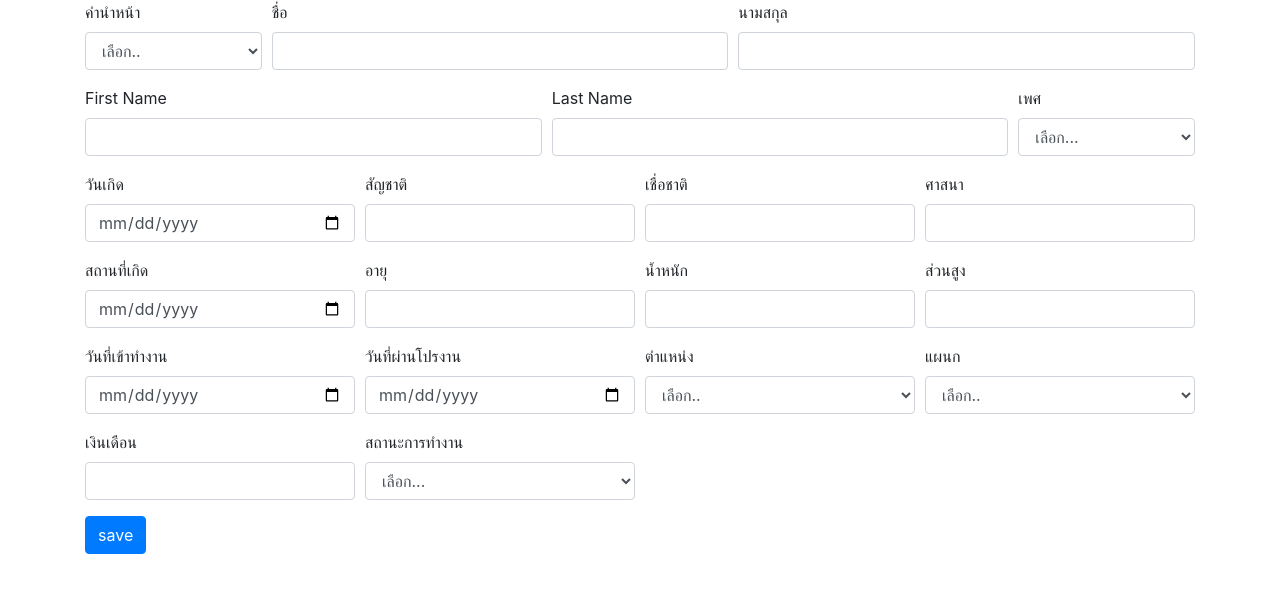
Repository: p2job/javawebapp
Page: http://localhost/demojsp/insert.jsp
An editor plug-in stored every save of this project. The page is shown before and after the next save, followed by the edit.
The browser window is 1280 px wide. The pictures show the whole page.
The page is served by Tomcat 9. Queries for data that is not in the repository find no rows.

Above is the page before, as saved 2020-07-31 07:19:30.

### demojsp/WebContent/insert.jsp
<%@page contentType="text/html" pageEncoding="UTF-8"%>
<%@ page import="java.sql.*"  %>
<!DOCTYPE html>
<html>

<head>
    <meta http-equiv="Content-Type" content="text/html; charset=UTF-8">
    <meta name="viewport" content="width=device-width, initial-scale=1, shrink-to-fit=no">
    <link rel="stylesheet" href="https://stackpath.bootstrapcdn.com/bootstrap/4.5.0/css/bootstrap.min.css" integrity="sha384-9aIt2nRpC12Uk9gS9baDl411NQApFmC26EwAOH8WgZl5MYYxFfc+NcPb1dKGj7Sk" crossorigin="anonymous">
    <title>Insert Employee</title>
</head>

<body>
    <div class="container">
        <form action="insert.jsp" method="post">
            <div class="form-row">
                <div class="form-group col-md-2">
                    <label for="inputName_Prefix">คำนำหน้า</label>
                    <select id="Name_Prefix" class="form-control" name="Name_Prefix">
                        <option selected>เลือก..</option>
                        <option value="นาย">นาย</option>
                        <option value="นาง">นาง</option>
                        <option value="นางสาว">นางสาว</option>
                    </select>
                </div>
                <div class="form-group col-md-5">
                    <label for="inputFirst_Name">ชื่อ</label>
                    <input type="text" class="form-control" id="First_Name" name="First_Name">
                </div>
                <div class="form-group col-md-5">
                    <label for="inputLast_Name">นามสกุล</label>
                    <input type="text" class="form-control" id="Last_Name" name="Last_Name">
                </div>
            </div>
            <div class="form-row">
                <div class="form-group col-md-5">
                    <label for="inputFirst_Name_Eng">First Name</label>
                    <input type="text" class="form-control" id="First_Name_Eng" name="First_Name_Eng">
                </div>
                <div class="form-group col-md-5">
                    <label for="inputLast_Name_Eng">Last Name</label>
                    <input type="text" class="form-control" id="Last_Name_Eng" name="Last_Name_Eng">
                </div>
                <div class="form-group col-md-2">
                    <label for="inputSex">เพศ</label>
                    <select id="Sex" class="form-control" name="Sex">
                        <option selected>เลือก...</option>
                        <option value="M">ชาย</option>
                        <option value="F">หญิง</option>
                    </select>
                </div>
            </div>
            <div class="form-row">
                <div class="form-group col-md-3">
                    <label for="inputBirth_Date">วันเกิด</label>
                    <input type="date" class="form-control" id="Birth_Date" name="Birth_Date">
                </div>
                <div class="form-group col-md-3">
                    <label for="inputPhone_Number">สัญชาติ</label>
                    <input type="text" class="form-control" id="Phone_Number" name="Phone_Number">
                </div>
                <div class="form-group col-md-3">
                    <label for="inputPhone_Number">เชื่อชาติ</label>
                    <input type="text" class="form-control" id="Phone_Number" name="Phone_Number">
                </div>
                <div class="form-group col-md-3">
                    <label for="inputPhone_Number">ศาสนา</label>
                    <input type="text" class="form-control" id="Phone_Number" name="Phone_Number">
                </div>
            </div>
            <div class="form-row">
                <div class="form-group col-md-3">
                    <label for="inputBirth_Date">สถานที่เกิด</label>
                    <input type="date" class="form-control" id="Birth_Date" name="Birth_Date">
                </div>
                <div class="form-group col-md-3">
                    <label for="inputPhone_Number">อายุ</label>
                    <input type="text" class="form-control" id="Phone_Number" name="Phone_Number">
                </div>
                <div class="form-group col-md-3">
                    <label for="inputPhone_Number">น้ำหนัก</label>
                    <input type="text" class="form-control" id="Phone_Number" name="Phone_Number">
                </div>
                <div class="form-group col-md-3">
                    <label for="inputPhone_Number">ส่วนสูง</label>
                    <input type="text" class="form-control" id="Phone_Number" name="Phone_Number">
                </div>
            </div>
            <div class="form-row">
                <div class="form-group col-md-3">
                    <label for="inputHire_Date">วันที่เข้าทำงาน</label>
                    <input type="date" class="form-control" id="Hire_Date" name="Hire_Date">
                </div>
                <div class="form-group col-md-3">
                    <label for="inputProbation_Date">วันที่ผ่านโปรงาน</label>
                    <input type="date" class="form-control" id="Probation_Date" name="Probation_Date">
                </div>
                <div class="form-group col-md-3">
                <%
	Connection connect = null;
	ResultSet rec = null;
	Statement s= null;

	try {
		Class.forName("com.mysql.jdbc.Driver");
		connect =  DriverManager.getConnection("jdbc:mysql://localhost/employee" +
				"?user=root&password=");
		s = connect.createStatement();
		String sql="SELECT * FROM position";
		rec=s.executeQuery(sql);


	} catch (Exception e) {
		// TODO Auto-generated catch block
		out.println(e.getMessage());
		e.printStackTrace();
	}

	%>
                    <label for="inputPosition_ID">ตำแหน่ง</label>
                    <select id="Position_ID" class="form-control" name="Position_ID">
                        <option selected>เลือก..</option>
                        <% while((rec!=null)&&(rec.next())) {%>
                        <option value="<%= rec.getString("Position_ID") %>"><%= rec.getString("Position_Name") %></option>
                         <% } %>
                    </select>
                </div>
                <%
	try {
		Class.forName("com.mysql.jdbc.Driver");
		connect =  DriverManager.getConnection("jdbc:mysql://localhost/employee" +
				"?user=root&password=");
		s = connect.createStatement();
		String sql="SELECT * FROM department";
		rec=s.executeQuery(sql);


	} catch (Exception e) {
		// TODO Auto-generated catch block
		out.println(e.getMessage());
		e.printStackTrace();
	}

	%>
                <div class="form-group col-md-3">
                    <label for="inputDepartment_ID">แผนก</label>
                    <select id="Department_ID" class="form-control" name="Department_ID">
                        <option selected>เลือก..</option>
                        <% while((rec!=null)&&(rec.next())) {%>
                        <option value="<%= rec.getString("Department_ID") %>"><%= rec.getString("Department_Name") %></option>
                         <% } %>
                    </select>
                </div>
            </div>
            <div class="form-row">
                <div class="form-group col-md-3">
                    <label for="inputSalary">เงินเดือน</label>
                    <input type="text" class="form-control" id="Salary" name="Salary">
                </div>
                <div class="form-group col-md-3">
                    <label for="inputStatus">สถานะการทำงาน</label>
                    <select id="Status" class="form-control" name="Status">
                        <option selected>เลือก...</option>
                        <option value="2">ทำงานอยู่</option>
                        <option value="1">พักงาน</option>
                        <option value="0">ลาออก</option>
                    </select>
                </div>
            </div>
            <button type="submit" class="btn btn-primary">save</button>
        </form>
    </div>


    <script src="https://code.jquery.com/jquery-3.5.1.slim.min.js" integrity="sha384-DfXdz2htPH0lsSSs5nCTpuj/zy4C+OGpamoFVy38MVBnE+IbbVYUew+OrCXaRkfj" crossorigin="anonymous"></script>
    <script src="https://cdn.jsdelivr.net/npm/popper.js@1.16.0/dist/umd/popper.min.js" integrity="sha384-Q6E9RHvbIyZFJoft+2mJbHaEWldlvI9IOYy5n3zV9zzTtmI3UksdQRVvoxMfooAo" crossorigin="anonymous"></script>
    <script src="https://stackpath.bootstrapcdn.com/bootstrap/4.5.0/js/bootstrap.min.js" integrity="sha384-OgVRvuATP1z7JjHLkuOU7Xw704+h835Lr+6QL9UvYjZE3Ipu6Tp75j7Bh/kR0JKI" crossorigin="anonymous"></script>
</body>

</html>

After the next save:
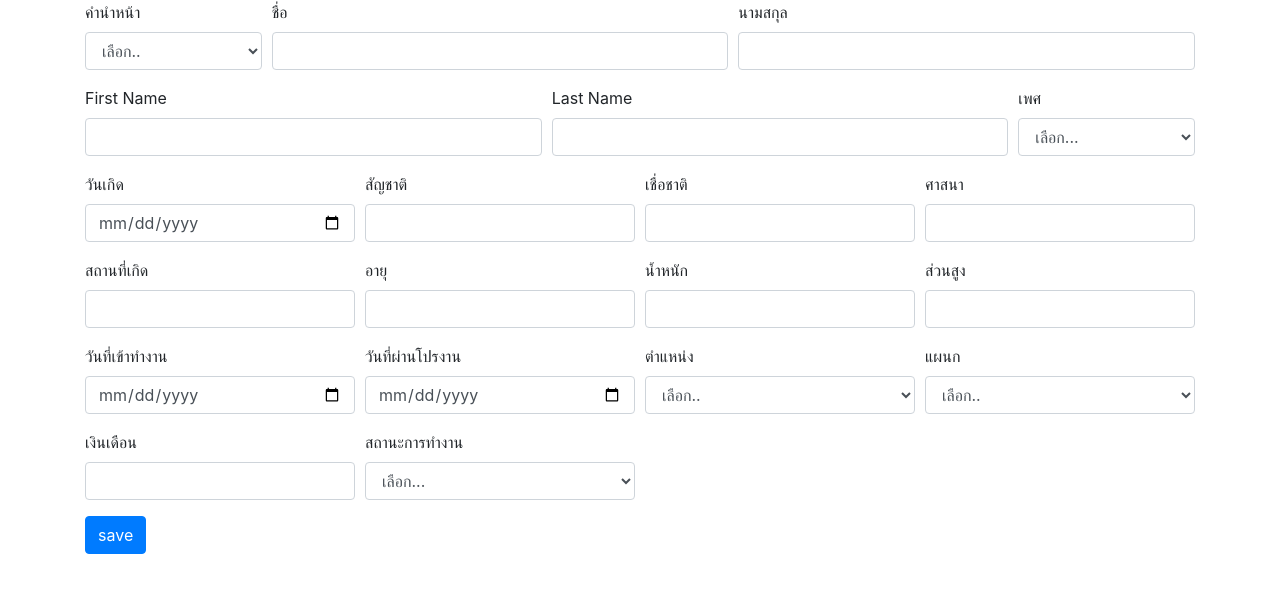
Saved 22 s later.
--- a/demojsp/WebContent/insert.jsp
+++ b/demojsp/WebContent/insert.jsp
@@ -71,7 +71,7 @@
             <div class="form-row">
                 <div class="form-group col-md-3">
                     <label for="inputBirth_Date">สถานที่เกิด</label>
-                    <input type="date" class="form-control" id="Birth_Date" name="Birth_Date">
+                    <input type="text" class="form-control" id="Birth_Date" name="Birth_Date">
                 </div>
                 <div class="form-group col-md-3">
                     <label for="inputPhone_Number">อายุ</label>
